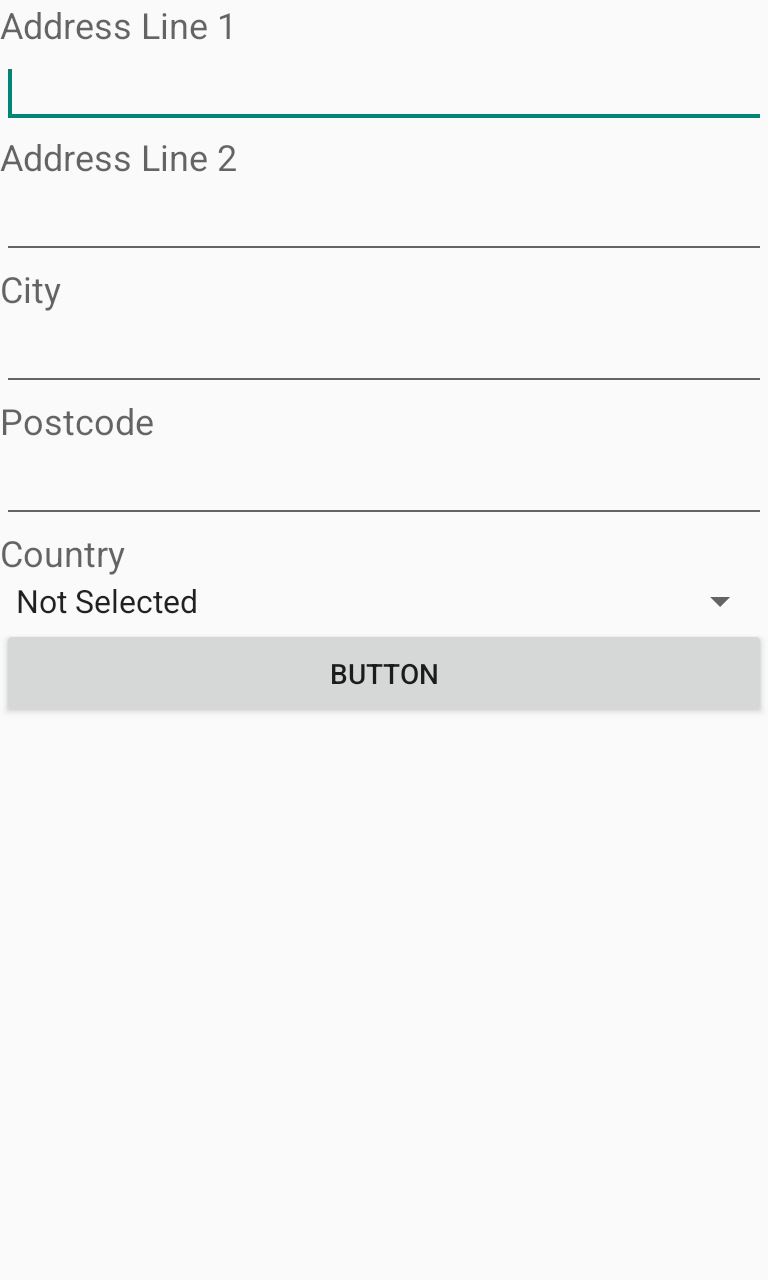
Repository: savindra/cutting-edge
Layout: Humzearch/res/layout/settings_address.xml
The author's editor kept a copy of each file at every save. The layout is drawn from the files as they stood at one save, then again after the next save.
It is drawn on a 768 x 1280 px phone screen (xhdpi) without system bars, with theme AppTheme; the app's code is not run.

Above is the layout before, as saved 2015-06-22 11:22:17.

After the next save:
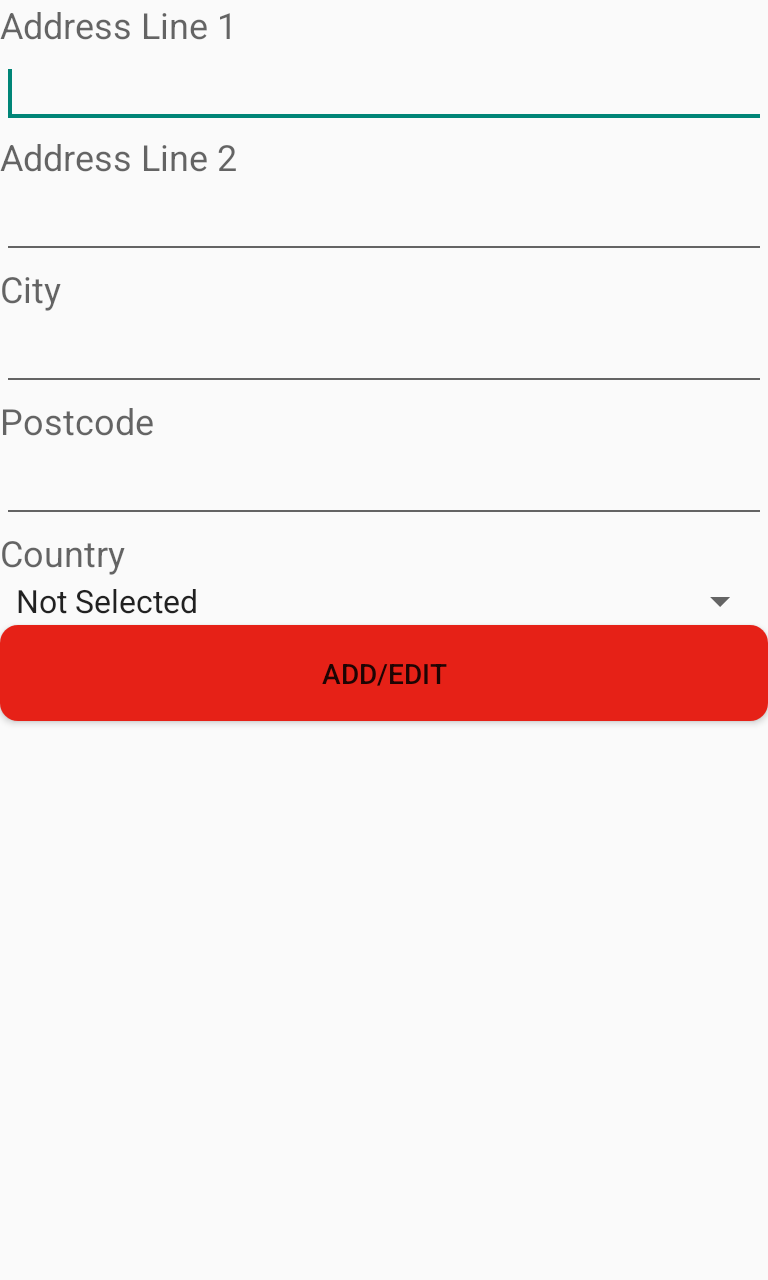
Saved 26 s later.
--- a/Humzearch/res/layout/settings_address.xml
+++ b/Humzearch/res/layout/settings_address.xml
@@ -2,6 +2,7 @@
 <LinearLayout xmlns:android="http://schemas.android.com/apk/res/android"
     android:layout_width="match_parent"
     android:layout_height="match_parent"
+    android:layout_margin="10dp"
     android:orientation="vertical" >
 
     <TextView
@@ -76,6 +77,7 @@
         android:id="@+id/button1"
         android:layout_width="match_parent"
         android:layout_height="wrap_content"
-        android:text="Button" />
+        android:text="@string/addedit"
+        android:background="@drawable/buttonshape" />
 
 </LinearLayout>
